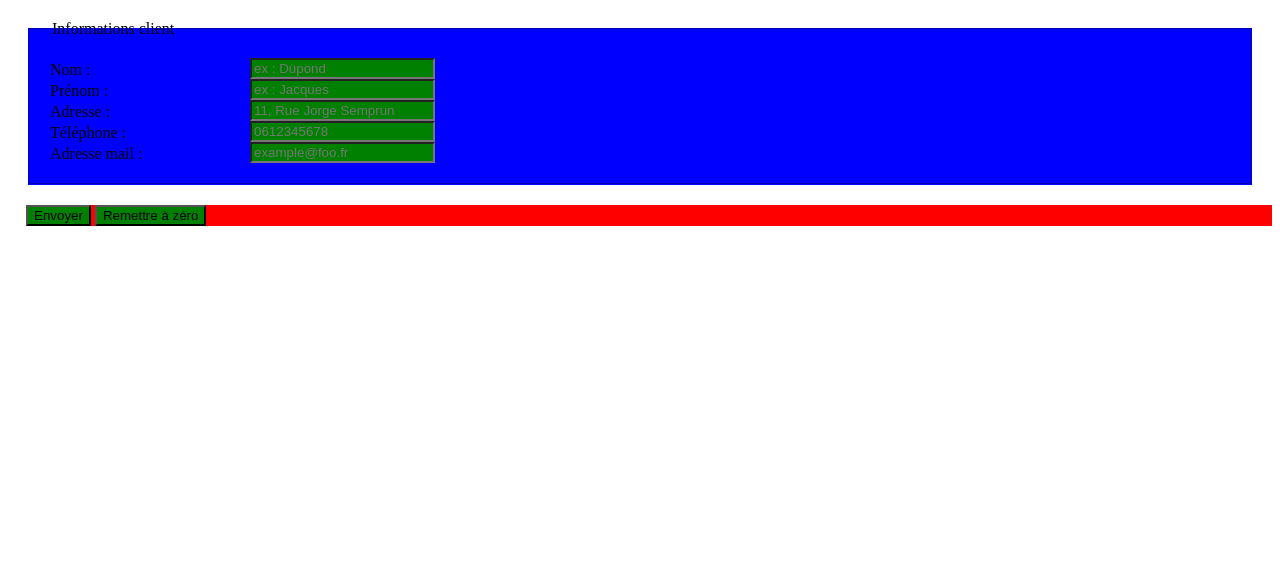
Repository: big73/NFE114
Page: http://localhost/Seance4-step1/
These files come from the project's save history. The page is drawn as it stood at one moment and after the next save; the edit follows.
The browser window is 1280 px wide. The pictures show the whole page.
The page is served by Tomcat 9.

Above is the page before, as saved 2015-12-30 14:55:32.

After the next save:
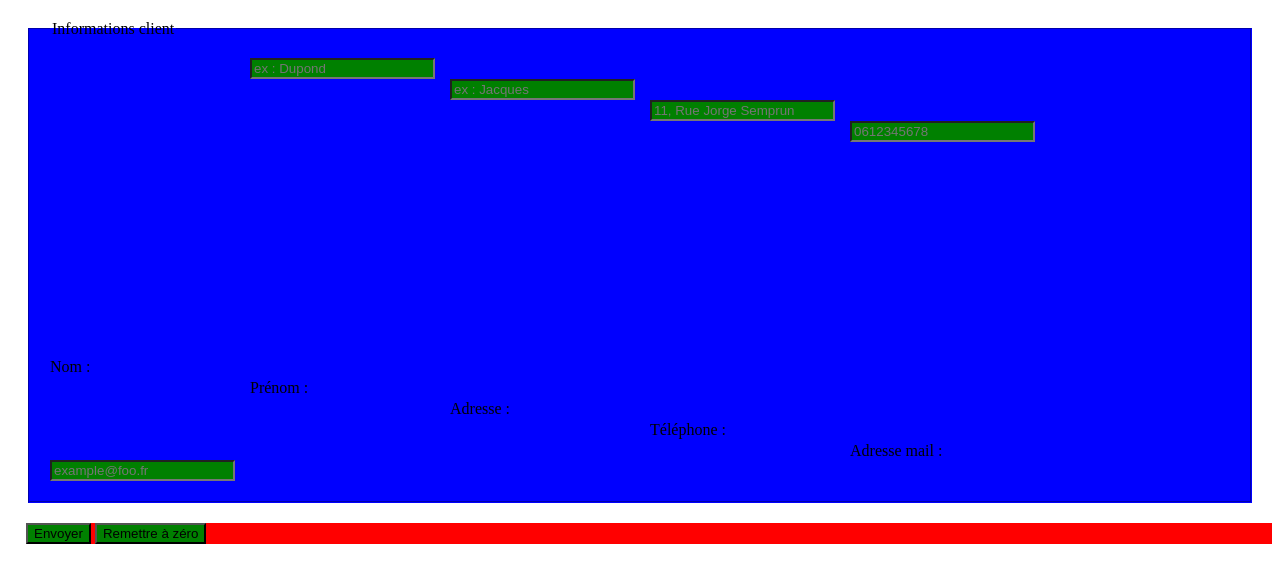
Saved 19 s later.
--- a/Seance4-step1/WebContent/css/style.css
+++ b/Seance4-step1/WebContent/css/style.css
@@ -23,6 +23,6 @@ form label {
 
     width: 200px;
 
-    margin: 3px 0px 0px 0px;
+    margin: 300px 0px 0px 0px;
 
 }
